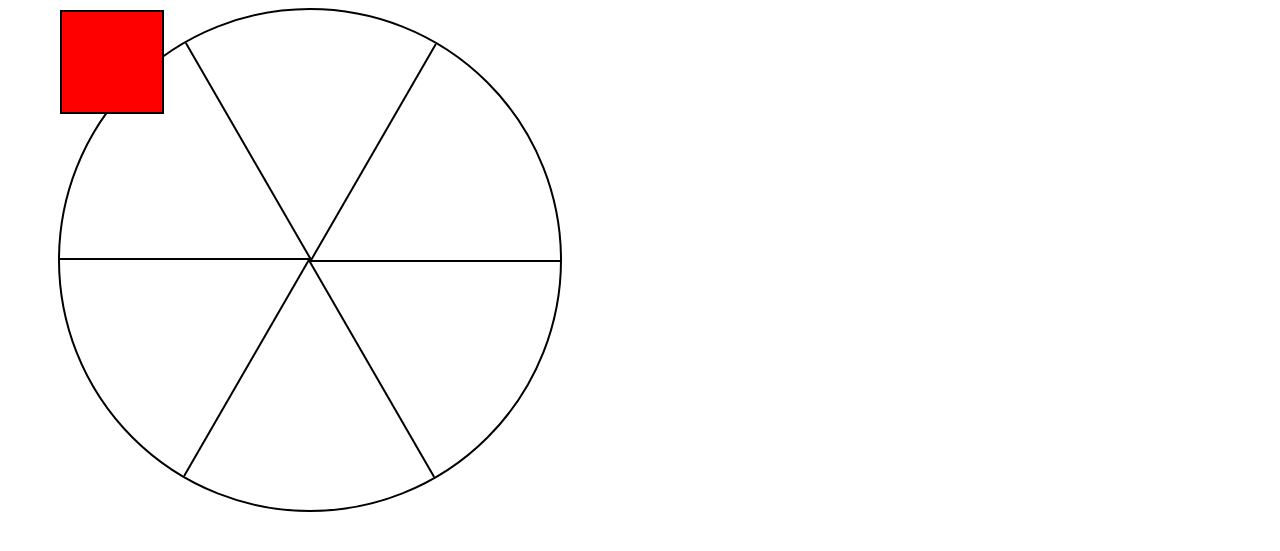
Repository: Lungdjos/ferris_wheel
Page: index.html
The author's editor kept a copy of each file at every save. The page is drawn from the files as they stood at one save, then again after a run of saves.
The browser window is 1280 px wide. The pictures show the whole page.

Above is the page before, as saved 2024-01-11 09:08:58.

After the next 5 saves:
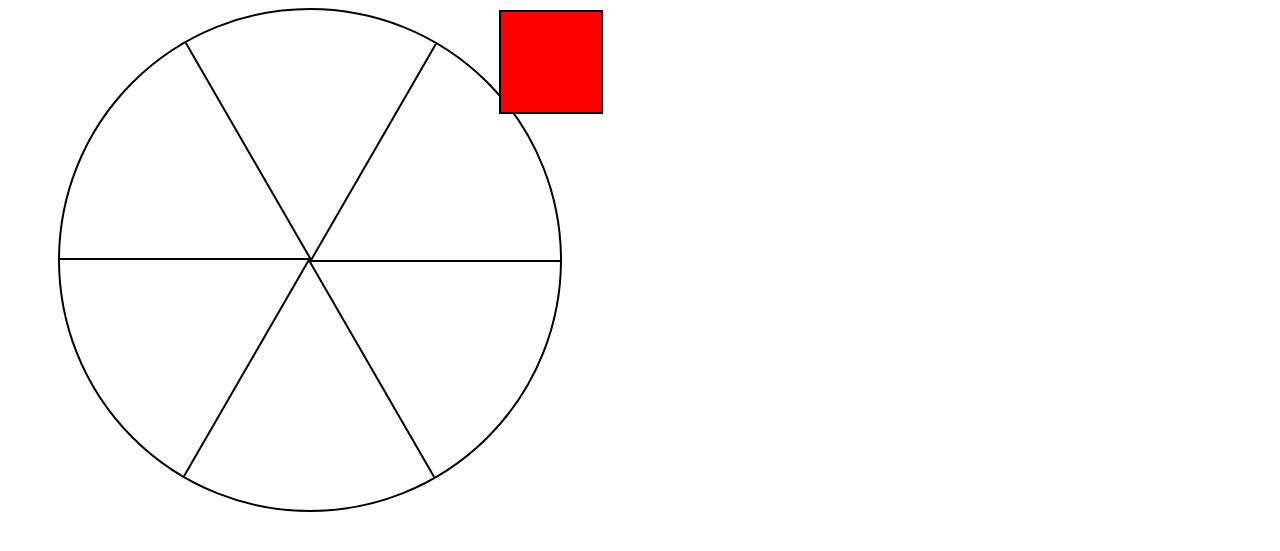
The 5 saves are shown as one change because they came seconds apart.
The last was saved 12 s later.
--- a/styles.css
+++ b/styles.css
@@ -56,4 +56,6 @@
     transform-origin: 50% 0%;
 }
 
-.cabin {}
+.cabin {
+    right: -8.5%;
+}
